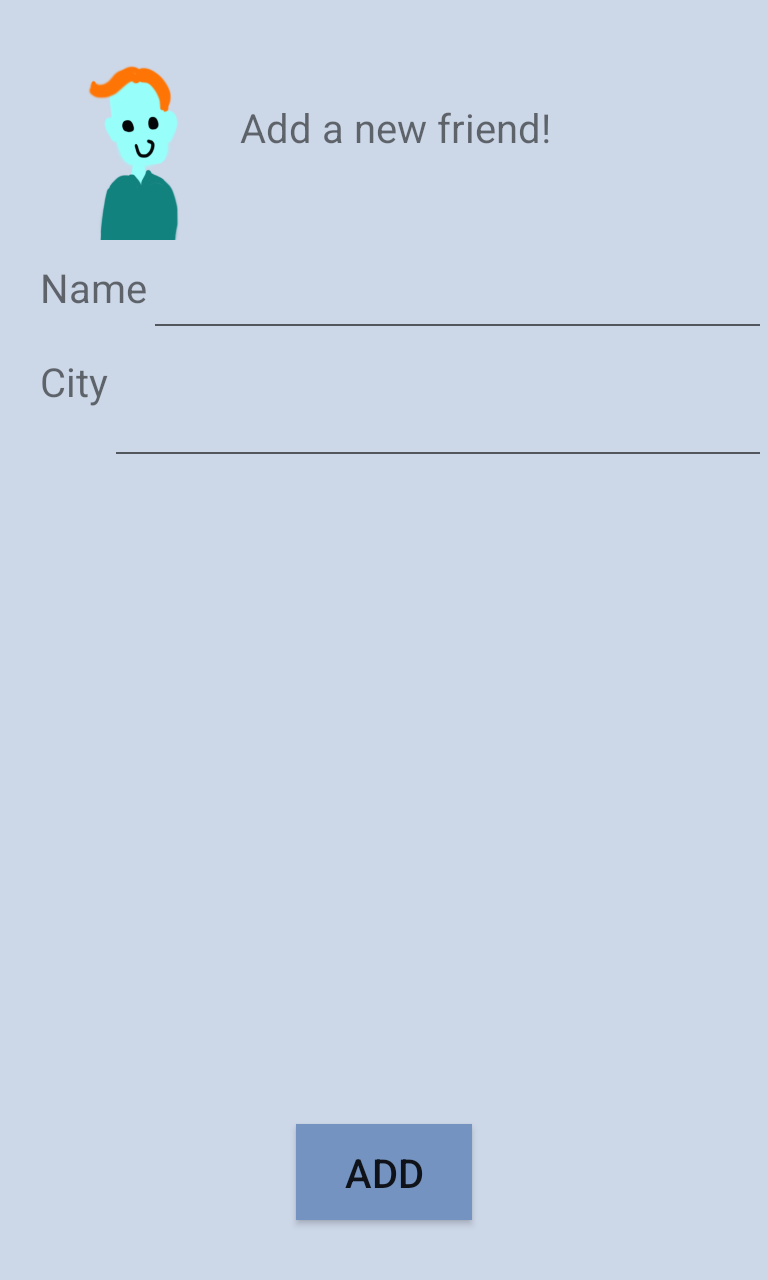
Repository: hinasakazaki/WeatherWithFriends
Layout: WeatherWithFriends/res/layout/add_fragment.xml
These files come from the project's save history. The layout is drawn as it stood at one moment and after the next save; the edit follows.
It is drawn on a 768 x 1280 px phone screen (xhdpi) without system bars, with theme AppTheme; the app's code is not run.

Above is the layout before, as saved 2014-06-09 22:30:24.

### WeatherWithFriends/res/layout/add_fragment.xml
<?xml version="1.0" encoding="utf-8"?>
<RelativeLayout xmlns:android="http://schemas.android.com/apk/res/android"
    android:layout_width="match_parent"
    android:layout_height="match_parent"
    android:orientation="vertical"
    android:background="#ccd7e8" >

    <!-- first row -->
	   <ImageView android:id="@+id/icon"
        android:layout_width="100dp"
        android:layout_height="100dp"
        android:layout_alignParentTop="true"
        android:layout_marginTop="20dp"
        android:layout_marginLeft="20dp"
        android:src="@drawable/mike"
        />
	   <TextView
    	    android:id="@+id/title"
    	    android:layout_width="wrap_content"
    	    android:layout_height="wrap_content"
    	    android:layout_toRightOf="@+id/icon"
    	    android:text="Add a new friend!"
    	    android:textSize="20dp"
    	    android:layout_marginTop="50dp"/>

	<!--  second row -->

	   <TextView
    	    android:id="@+id/Name"
    	    android:layout_width="wrap_content"
    	    android:layout_height="wrap_content"
    	    android:layout_alignParentLeft="true"
    	    android:layout_below="@id/icon"
    	    android:textSize="20dp"
    	    android:text="Name"
    	    android:layout_marginTop="10dp"
    	    android:layout_marginLeft="20dp"/>
	   <EditText
	       android:id="@+id/nameEdit"
	        android:layout_width="wrap_content"
    	    android:layout_height="wrap_content"
    	    android:layout_alignParentRight="true"
    	    android:layout_toRightOf="@id/Name"
    	    android:layout_below="@id/title"
    	    android:textSize="20dp"
    	    android:layout_marginTop="50dp"
    	    />

	 <!-- third row -->

	   <TextView
    	    android:id="@+id/city"
    	    android:layout_width="wrap_content"
    	    android:layout_height="wrap_content"
    	    android:layout_alignParentLeft="true"
    	    android:layout_below="@id/Name"
    	    android:textSize="20dp"
    	    android:text="City"
    	    android:layout_marginTop="20dp"
    	    android:layout_marginLeft="20dp"/>

	   <EditText
	       android:id="@+id/cityEdit"
	        android:layout_width="wrap_content"
    	    android:layout_height="wrap_content"
    	    android:layout_alignParentRight="true"
    	    android:layout_toRightOf="@id/city"
    	    android:layout_below="@id/nameEdit"
    	     android:textSize="20dp"
    	     android:layout_marginTop="20dp"
    	    />

    	<Button
            android:id="@+id/addButton"
            android:layout_height="wrap_content"
            android:layout_width="wrap_content"
            android:text="Add"
            android:background = "#7493c0"
            android:textSize="20dp"
            android:paddingLeft="20dp"
            android:paddingRight="20dp"
            android:layout_alignParentBottom="true"
            android:layout_marginBottom="30dp"
            android:layout_centerHorizontal="true"
            />



</RelativeLayout>

### WeatherWithFriends/res/values/styles.xml
<resources>

    <!--
        Base application theme, dependent on API level. This theme is replaced
        by AppBaseTheme from res/values-vXX/styles.xml on newer devices.
    -->
      <style name="AppBaseTheme" parent="android:Theme.Light">
        <!--
            Theme customizations available in newer API levels can go in
            res/values-vXX/styles.xml, while customizations related to
            backward-compatibility can go here.
        -->
    </style>

    <!-- Application theme. -->
    <style name="AppTheme" parent="AppBaseTheme">
        <!-- All customizations that are NOT specific to a particular API-level can go here. -->
    </style>

</resources>

Loaded but not shown: WeatherWithFriends/res/values-v11/styles.xml (common file); WeatherWithFriends/res/values-v14/styles.xml (common file)

After the next save:
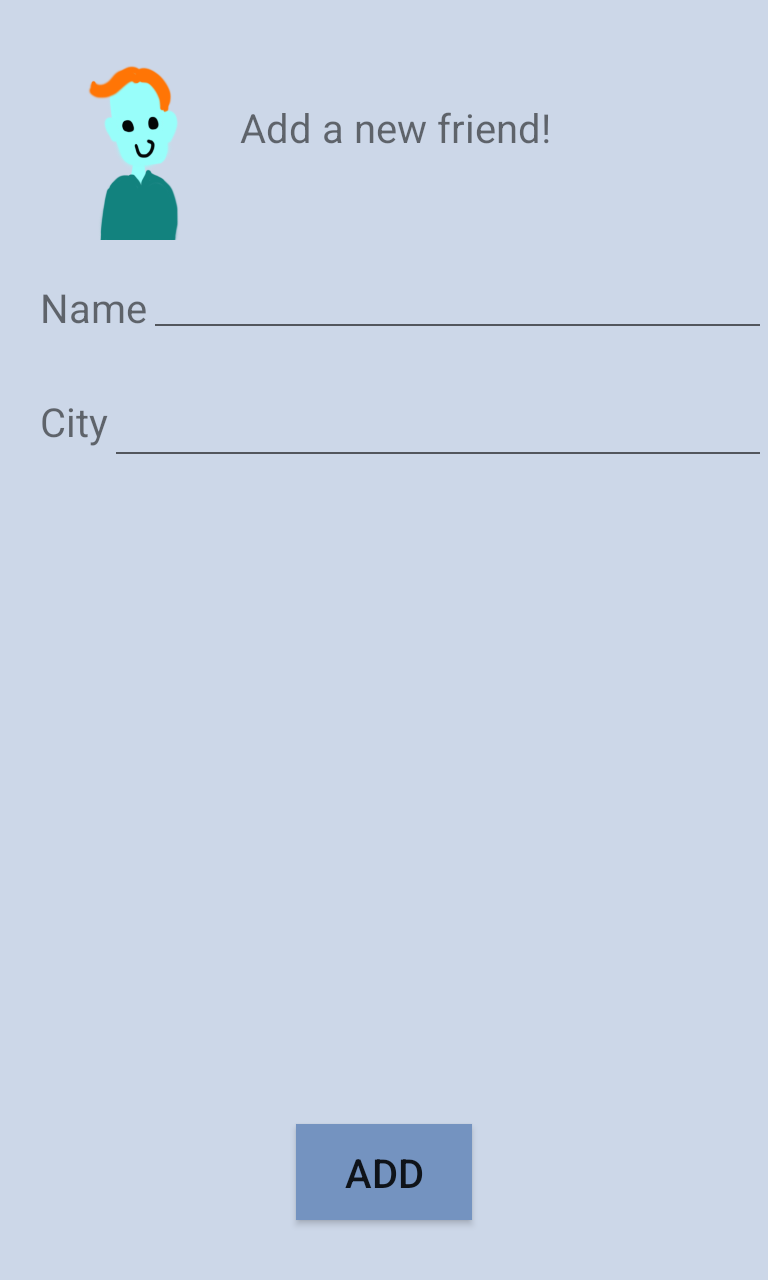
Saved 8 s later.
--- a/WeatherWithFriends/res/layout/add_fragment.xml
+++ b/WeatherWithFriends/res/layout/add_fragment.xml
@@ -33,7 +33,7 @@
     	    android:layout_below="@id/icon"
     	    android:textSize="20dp"
     	    android:text="Name"
-    	    android:layout_marginTop="10dp"
+    	    android:layout_marginTop="20dp"
     	    android:layout_marginLeft="20dp"/>
 	   <EditText
 	       android:id="@+id/nameEdit"
@@ -56,7 +56,7 @@
     	    android:layout_below="@id/Name"
     	    android:textSize="20dp"
     	    android:text="City"
-    	    android:layout_marginTop="20dp"
+    	    android:layout_marginTop="30dp"
     	    android:layout_marginLeft="20dp"/>
 
 	   <EditText
